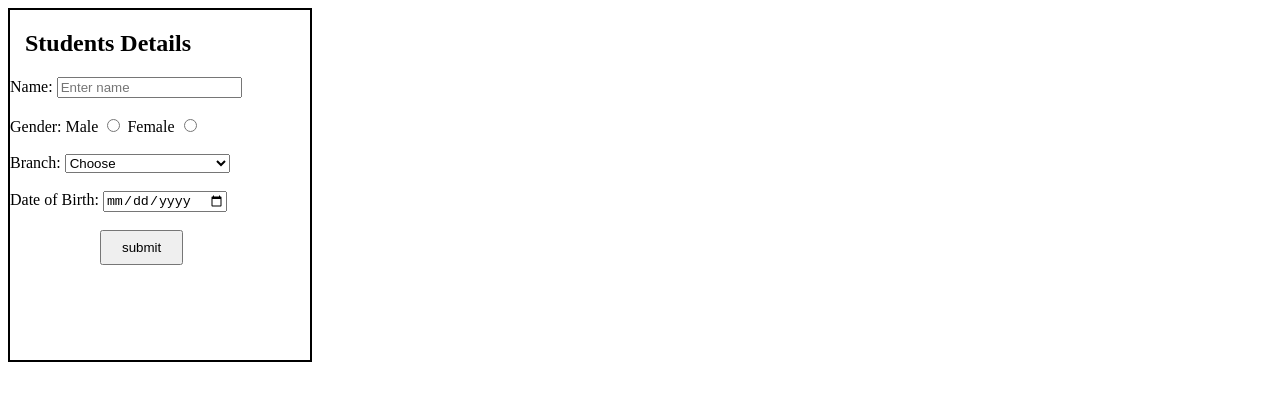
Repository: netravatih-paycorp/Assignments
Page: http://localhost/SpringMvc/home.jsp
These files come from the project's save history. The page is drawn as it stood at one moment and after the next save; the edit follows.
The browser window is 1280 px wide. The pictures show the whole page.
The page is served by Tomcat 9.

Above is the page before, as saved 2023-07-17 12:21:25.

After the next save:
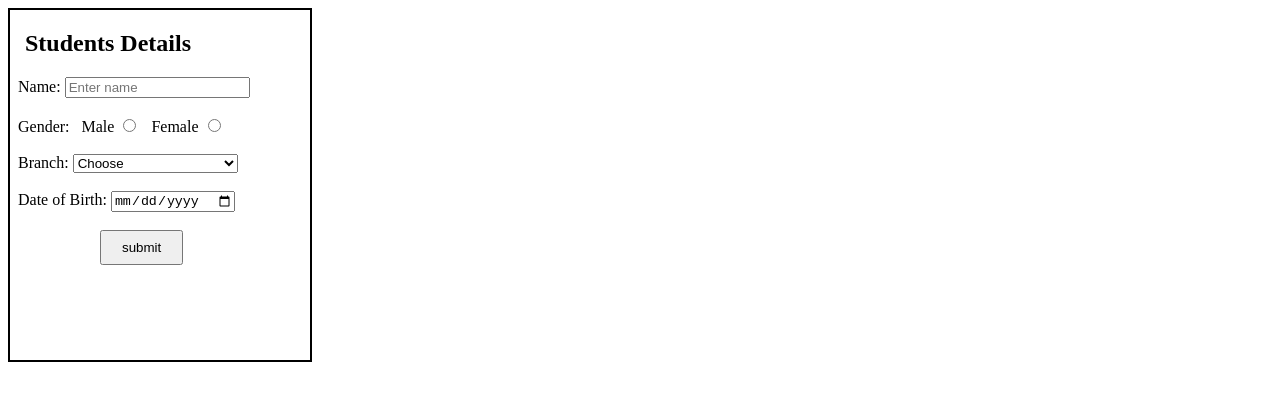
Saved 31 s later.
--- a/SpringMvc/src/main/webapp/home.jsp
+++ b/SpringMvc/src/main/webapp/home.jsp
@@ -35,6 +35,11 @@ button
         margin-left: 90px;
 
       }
+
+      label{
+         margin-left: 8px;
+
+       }
 </style>
 
 </head>
